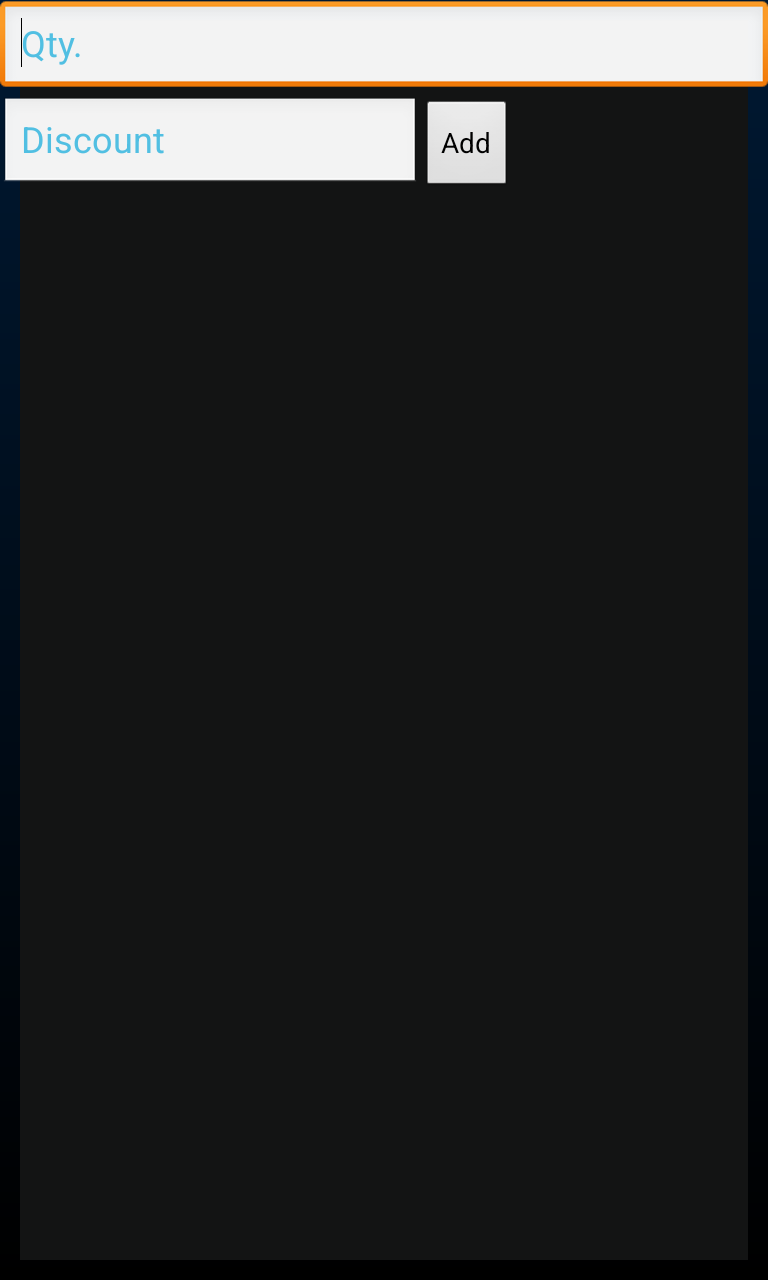
Repository: jasleen1291/B2BMobileApplication
Layout: Mobile E Commerce/B2B/res/layout/simple.xml
These files come from the project's save history. The layout is drawn as it stood at one moment and after the next save; the edit follows.
It is drawn on a 768 x 1280 px phone screen (xhdpi) without system bars, with theme mycustomtheme; the app's code is not run. Lists and similar views that code fills are empty.

Above is the layout before, as saved 2013-05-27 17:17:14.

### Mobile E Commerce/B2B/res/layout/simple.xml
<?xml version="1.0" encoding="utf-8"?>
<LinearLayout xmlns:android="http://schemas.android.com/apk/res/android"
    android:layout_width="match_parent"
    android:layout_height="match_parent"
    android:orientation="vertical" >

    <EditText
        android:id="@+id/editText1"
        android:layout_width="match_parent"
        android:layout_height="wrap_content"
        android:hint="@string/qty"
        android:ems="10" >

        <requestFocus />
    </EditText>

    <LinearLayout
        android:layout_width="match_parent"
        android:layout_height="wrap_content"
        android:orientation="horizontal" >

        <EditText
            android:id="@+id/editText2"
            android:layout_width="wrap_content"
            android:layout_height="wrap_content"
            android:hint="@string/discount"
            android:ems="10" />

        <Button
            android:id="@+id/button1"
            android:layout_width="wrap_content"
            android:layout_height="wrap_content"
            android:text="@string/add" />

    </LinearLayout>

    <ListView
        android:id="@+id/listView1"
        android:layout_width="match_parent"
        android:layout_height="0dp"
        android:layout_weight="6"
         >
    </ListView>

</LinearLayout>

### Mobile E Commerce/B2B/res/values/mycustomtheme.xml
<?xml version="1.0" encoding="utf-8"?>
<resources xmlns:android="http://schemas.android.com/apk/res/android">
    <style name="mycustomtheme" parent="@android:style/Theme.NoTitleBar.Fullscreen">
        <item name="android:windowBackground">@drawable/mybg</item>
       	<item name="android:textColor">#0066cc</item>
       	<item name="android:textColorHint">#51BFE2</item>
    </style>

</resources>

### Mobile E Commerce/B2B/res/drawable/mybg.xml
<?xml version="1.0" encoding="utf-8"?>
<layer-list  xmlns:android="http://schemas.android.com/apk/res/android">
    <item>
<shape android:shape="rectangle">



        <gradient android:startColor="#001933"  android:endColor="#000" android:angle="270"/>


</shape>
</item>
<item android:left="10dp" android:top="10dp" android:right="10dp" android:bottom="10dp">

<shape android:shape="rectangle">



        <solid android:color="#131414"></solid>


</shape>
</item>
</layer-list>

### Mobile E Commerce/B2B/res/values/strings.xml
<?xml version="1.0" encoding="utf-8"?>
<resources>

    <string name="app_name">B2B</string>
    <string name="action_settings">Settings</string>
    <string name="hello_world">Hello world!</string>
    <string name="Loading">Loading&#8230;&#8230;&#8230;</string>
    <string name="title_activity_sign_up">Sign Up</string>

    <string-array name="signUpAsArray">
        <item>Customer</item>
        <item>Retailer</item>
        <item>Supplier</item>
    </string-array>

    <string name="title_activity_registeration">RegisterationActivity</string>
    <string name="title_activity_customer_area">CustomerArea</string>
    <string name="welcome">Welcome</string>
    <string name="title_activity_admin_area">Admin_area</string>
    <string name="general_complaint_fragment">General Complaint</string>
    <string name="hello_blank_fragment">Hello blank fragment</string>
    <string name="general_complaint">General Complaint</string>
    <string name="respond">Respond</string>
    <string name="submit">Submit</string>
    <string name="addcategory">Parent Category</string>
    <string name="categoryhint">Category</string>
    <string name="AddParentCategory">Add super category</string>
    <string name="complaintAbout">Complaint About</string>
    <string name="complainFrom">Complaint From</string>
    <string name="itemComplaint">Complaints about Items</string>
    <string name="shopComplaint">Complaint about shop</string>
    <string name="generalNotification">General Notification</string>
    <string name="urgentNotification">Urgent Notification</string>
    <string name="title">Title</string>
    <string name="message">Message</string>
    <string name="markAll">Mark all</string>
    <string name="advertisementPricing">Advertisement Pricing</string>
    <string name="desc">Description</string>
    <string name="days">No of days</string>
    <string name="cost">Cost</string>
    <string name="size">Size of advertisement</string>
    <string name="type">Type</string>
    <string name="fine">Fine</string>
    <string name="pickCategory">Pick a Category</string>

    <string-array name="typeArray">
        <item>Retailer</item>
        <item>Supplier</item>
    </string-array>

    <string name="update">Update</string>
    <string name="delete">Delete</string>
    <string name="view_advertisement">View Advertisements</string>
    <string name="noofcategories">No of Categories</string>
    <string name="shoppricing">Shop Pricing</string>
    <string name="view_fine_pricing">View Fine Pricing</string>
    <string name="shop_pricing">Shop Pricing</string>
    <string name="subCategory">Add Sub Category</string>
    <string name="addshop">Add Shop</string>
    <string name="title_activity_pay_fine">Pay Fine</string>
    <string name="finetitle">Your account has been suspended by the admin. Pay fine to continue using this applciation.</string>
    <string name="fineabc">Your payment has been received. Your account will now be restored. Please wait few minutes</string>
    <string name="title_activity_retailer_area">Retailer_area</string>
    <string name="title_activity_first_time_login">FirstTimeLogin</string>
    <string name="EditMyCategories">Edit My Categories</string>
    <string name="addnewitem">Add New Item</string>
    <string name="itemname">Item Name</string>
    <string name="longdescription">Long Description</string>
    <string name="qtyperunit">Qty Per unit</string>
    <string name="unit_of_measurement">Unit of Measurement</string>
    <string name="shopName">Shop Name</string>
    <string name="description">Description</string>
    <string name="categoriesAllowed">No of categories allowed</string>
    <string name="itemsSelling">No of Items Selling</string>
    <string name="itemsAvailable">No of Items not Selling</string>
    <string name="expirydate">Expiry Date</string>
    <string name="paymentEmail">Payment Email</string>
    <string name="selectcategory">Select a Category</string>
    <string name="clicktochange">Click On Image To Change It</string>
    <string name="cp">C.P.</string>
    <string name="sp">S.P.</string>
    <string name="minorder">Min order</string>
    <string name="discount">Discount</string>
    <string name="qtyonorder">Qty. On Order</string>
    <string name="qtyonhand">Qty. On Hand</string>
    <string name="qty">Qty.</string>
    <string name="viewdetails">View Details</string>
    <string name="note">Long Click on Image to view expanded image</string>
    <string name="chngImg">Change Image</string>
    <string name="addWarehouse">Add Warehouse</string>
    <string name="name">Name</string>
    <string name="cancel">Cancel</string>
    <string name="itemavailabilty">Item Availabilty</string>
    <string name="batchDiscounts">Batch Discounts</string>
    <string name="clicktoupdate">Click to Update</string>
    <string name="add">Add</string>
    <string name="place_order">Place Order</string>
    <string name="Method">Method</string>
    <string name="warehouse">Warehouse</string>
    <string-array name="ordervia">
        <item >Email</item>
        <item >Phone</item>
    </string-array>
        <string name="total">Total</string>
        <string name="zero">0</string>
        <string name="totalitems">Total No of Items</string>
        <string name="date">Date</string>
        <string name="placed_by">Placed To</string>
        <string name="placed_to">Placed To</string>
        <string name="shipment_address">Shipment Address</string>
        <string name="vieworderlist">View Orders List</string>
        <string name="order_details">Order Details</string>
        <string name="update_status">Update Status</string>
        <string name="categories">Categories</string>
        <string name="plan_details">Plan Details</string>
        <string name="choose_background">Choose background</string>
        <string name="buy_advertisement">Buy Advertisement</string>
        <string name="choose_text_color">Choose text Color</string>
        <string name="view_warehouses">View Warehouse</string>

</resources>

After the next save:
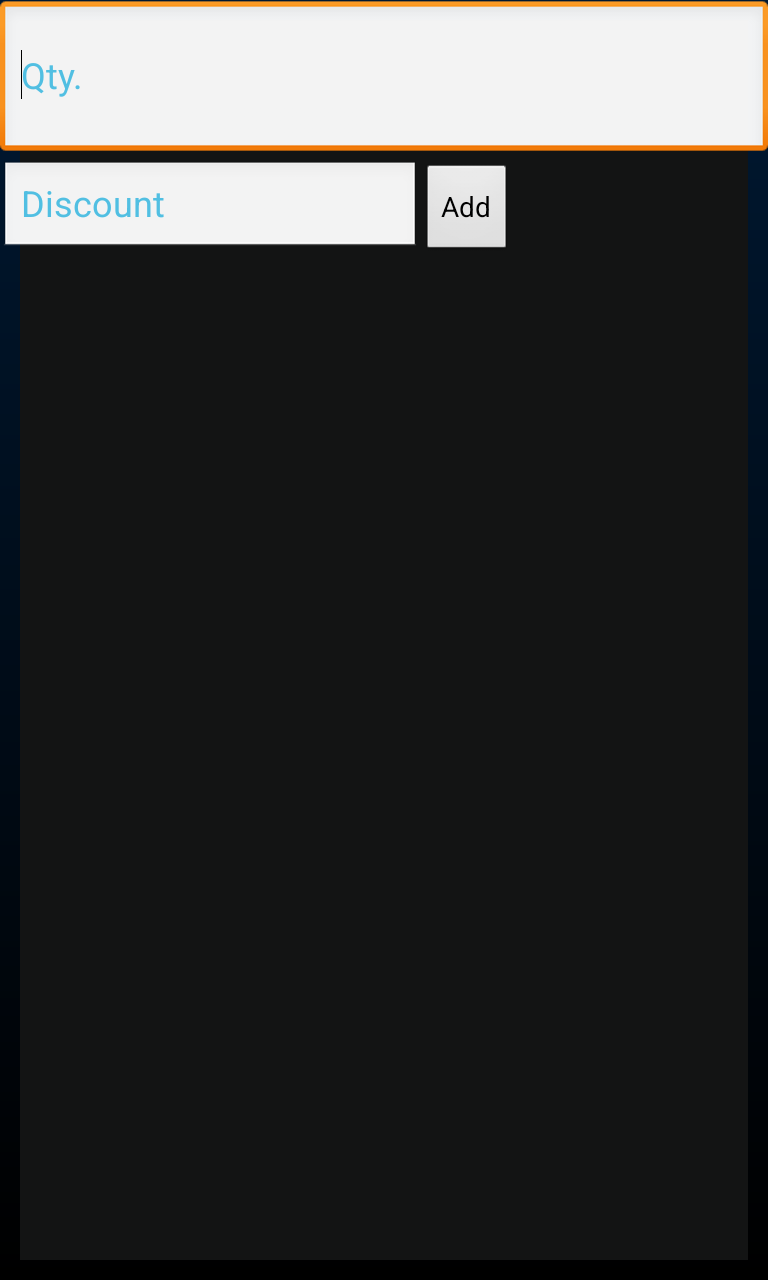
Saved 27 s later.
--- a/Mobile E Commerce/B2B/res/layout/simple.xml
+++ b/Mobile E Commerce/B2B/res/layout/simple.xml
@@ -7,7 +7,8 @@
     <EditText
         android:id="@+id/editText1"
         android:layout_width="match_parent"
-        android:layout_height="wrap_content"
+        android:layout_height="0dp"
+        android:layout_weight="1"
         android:hint="@string/qty"
         android:ems="10" >
 
@@ -16,7 +17,8 @@
 
     <LinearLayout
         android:layout_width="match_parent"
-        android:layout_height="wrap_content"
+        android:layout_height="0dp"
+        android:layout_weight="1"
         android:orientation="horizontal" >
 
         <EditText
